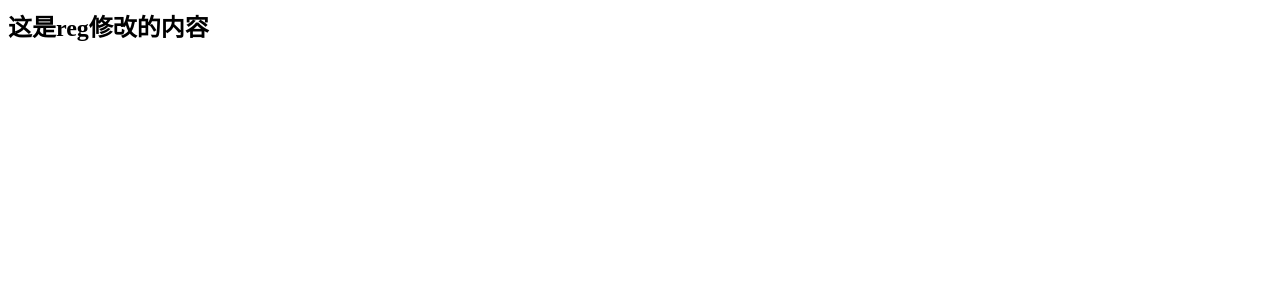
Repository: xiaozhuxiao/proj_04
Page: login.html
An editor plug-in stored every save of this project. The page is shown before and after the next save, followed by the edit.
The browser window is 1280 px wide. The pictures show the whole page.

Above is the page before, as saved 2022-11-08 16:48:14.

### login.html
<h2>这是reg修改的内容</h2>

After the next save:
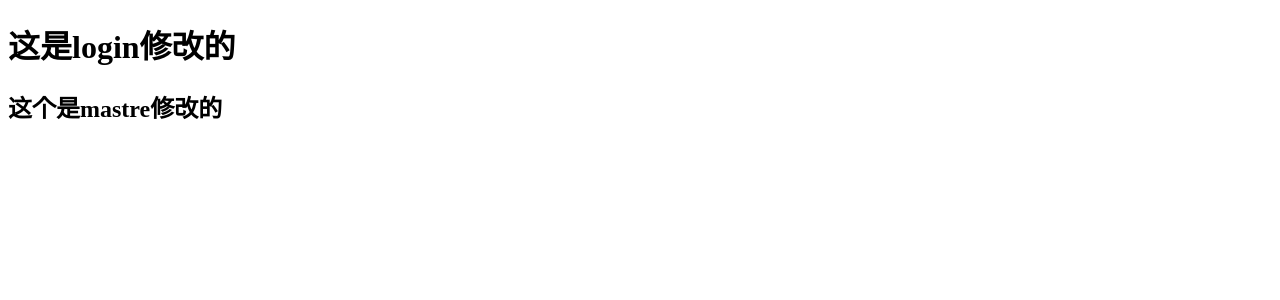
Saved 3 min 58 s later.
--- a/login.html
+++ b/login.html
@@ -1 +1,13 @@
-<h2>这是reg修改的内容</h2>
+<!DOCTYPE html>
+<html lang="en">
+<head>
+  <meta charset="UTF-8">
+  <meta http-equiv="X-UA-Compatible" content="IE=edge">
+  <meta name="viewport" content="width=device-width, initial-scale=1.0">
+  <title>Document</title>
+</head>
+<body>
+  <h1>这是login修改的</h1>
+  <h2>这个是mastre修改的</h2>
+</body>
+</html>

After the save that followed:
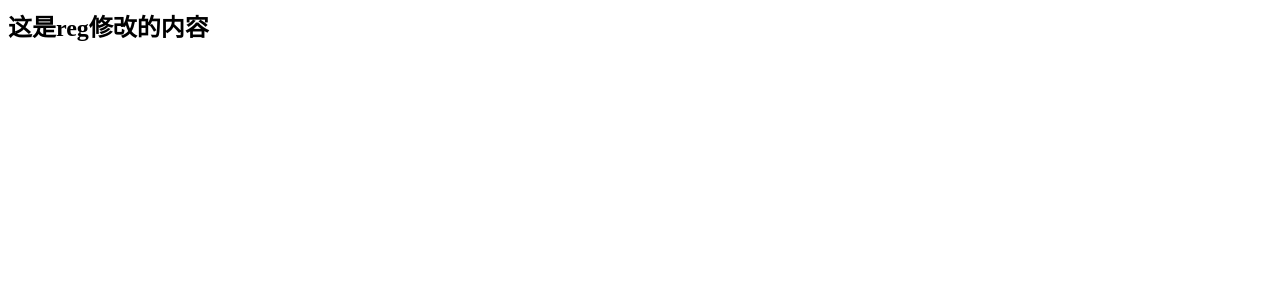
Saved 107 s later.
--- a/login.html
+++ b/login.html
@@ -1,13 +1 @@
-<!DOCTYPE html>
-<html lang="en">
-<head>
-  <meta charset="UTF-8">
-  <meta http-equiv="X-UA-Compatible" content="IE=edge">
-  <meta name="viewport" content="width=device-width, initial-scale=1.0">
-  <title>Document</title>
-</head>
-<body>
-  <h1>这是login修改的</h1>
-  <h2>这个是mastre修改的</h2>
-</body>
-</html>
+<h2>这是reg修改的内容</h2>
